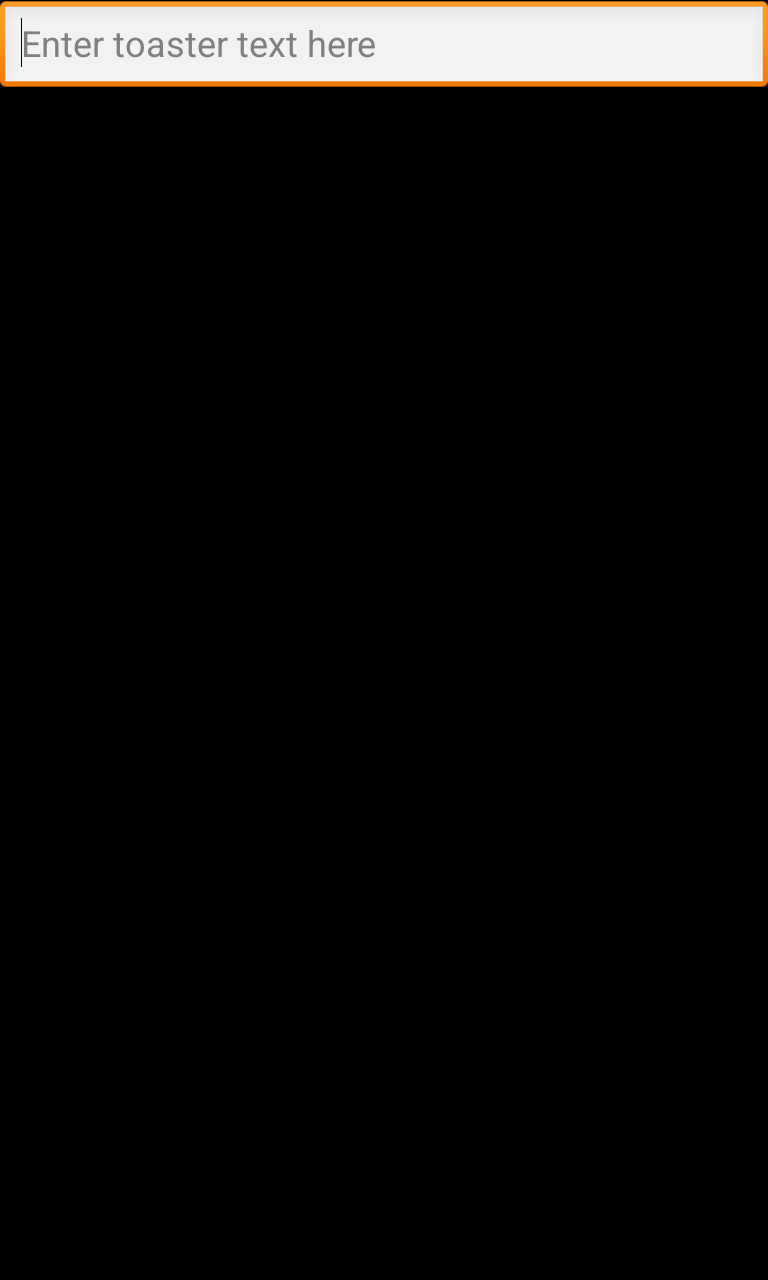
Repository: Salts/HelloAndroid
Layout: LtDarien/Level2/res/layout/main.xml
The author's editor kept a copy of each file at every save. The layout is drawn from the files as they stood at one save, then again after the next save.
It is drawn on a 768 x 1280 px phone screen (xhdpi) without system bars, with theme android:Theme; the app's code is not run.

Above is the layout before, as saved 2012-05-25 03:40:24.

### LtDarien/Level2/res/layout/main.xml
<?xml version="1.0" encoding="utf-8"?>
<LinearLayout xmlns:android="http://schemas.android.com/apk/res/android"
    android:layout_width="fill_parent"
    android:layout_height="fill_parent"
    android:orientation="vertical" >

    <EditText
        android:id="@+id/editText1"
        android:layout_width="match_parent"
        android:layout_height="wrap_content"
        android:ems="10"
        android:hint="@string/etMain"
>
        <requestFocus />
    </EditText>

</LinearLayout>

### LtDarien/Level2/res/values/strings.xml
<?xml version="1.0" encoding="utf-8"?>
<resources>

    <string name="hello">Hello World, Level2Activity!</string>
    <string name="app_name">Ltdarien.Level2</string>
    <string name="etMain">Enter toaster text here</string>

</resources>

After the next save:
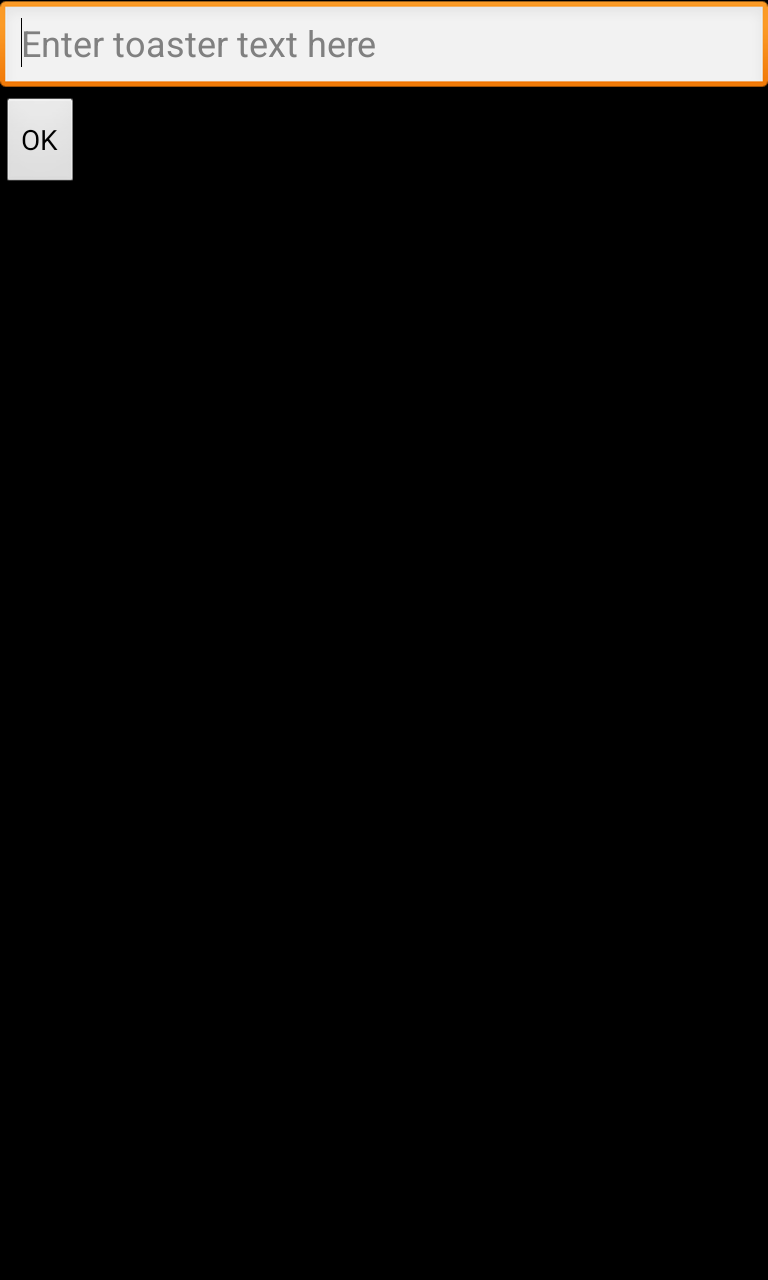
Saved 48 s later.
--- a/LtDarien/Level2/res/layout/main.xml
+++ b/LtDarien/Level2/res/layout/main.xml
@@ -14,4 +14,10 @@
         <requestFocus />
     </EditText>
 
+    <Button
+        android:id="@+id/button1"
+        android:layout_width="wrap_content"
+        android:layout_height="wrap_content"
+        android:text="@android:string/ok" />
+
 </LinearLayout>
